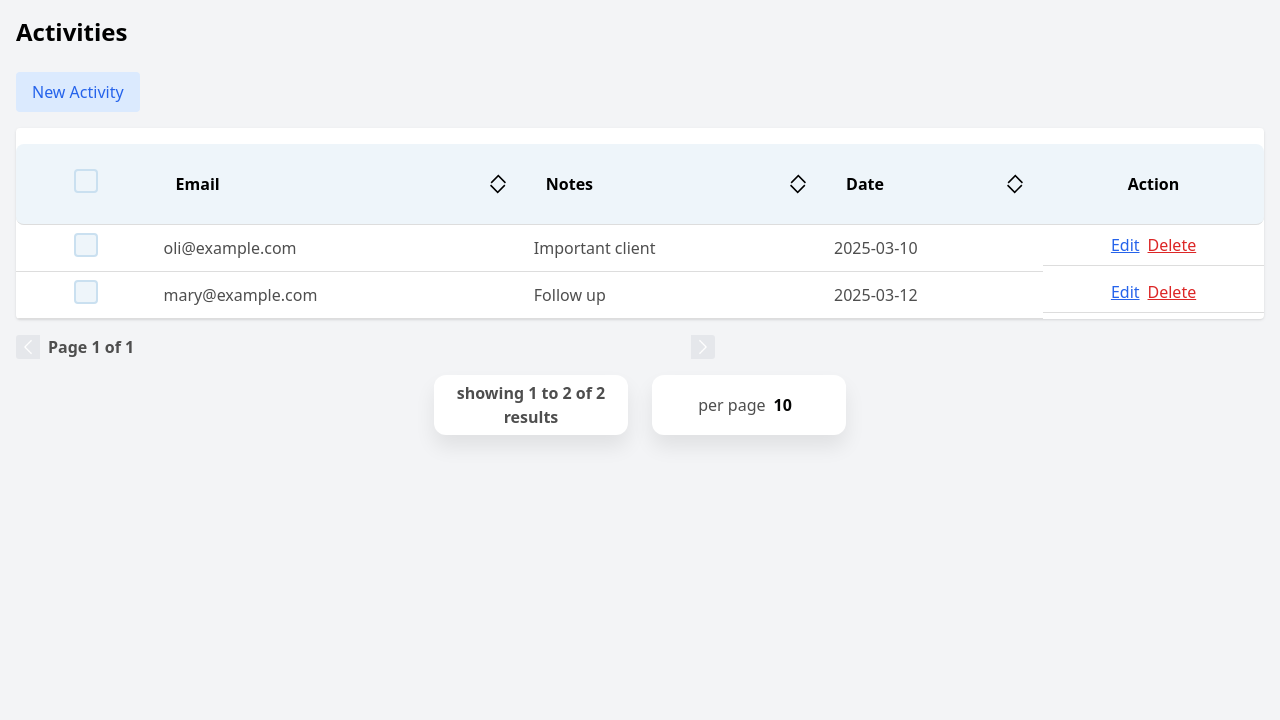
Repository: Abdelrhman-asker-smart/JsdcPIF
Page: tableAcitviy.html
An editor plug-in stored every save of this project. The page is shown before and after the next save, followed by the edit.
The browser window is 1280 px wide. The pictures show the whole page.
Some web libraries are served in a nearby version.

Above is the page before, as saved 2025-03-10 10:55:52.

### tableAcitviy.html
<!DOCTYPE html>
<html lang="en">
<head>
  <meta charset="UTF-8">
  <title>Activities Table (Sort, Paginate, Edit, Delete)</title>
  <script src="https://cdn.tailwindcss.com"></script>
  <style>
    /* TABLE & HEADER STYLES */
    #activity-table {
      border-collapse: separate;
      border-spacing: 0;
    }
    #activity-table thead th {
      padding: 20px;
    }
    thead {
      background-color: #eef5fa;
    }
    table {
      width: 100%;
      margin-top: 1rem;
    }
    th,
    td {
      padding: 8px;
      text-align: left;
      border-bottom: 1px solid #ddd;
    }
    td {
      color: #4e4e4e;
      padding: 20px;
    }
    /* ROUNDED CORNERS FOR FIRST & LAST TH */
    #activity-table thead tr th:first-child {
      border-top-left-radius: 8px;
      border-bottom-left-radius: 8px;
    }
    #activity-table thead tr th:last-child {
      border-top-right-radius: 8px;
      border-bottom-right-radius: 8px;
    }

    /* SORTING ICONS */
    .sortable .arrow-up,
    .sortable .arrow-down {
      display: block;
    }
    .sortable.asc .arrow-down {
      display: none;
    }
    .sortable.desc .arrow-up {
      display: none;
    }
    th.sortable {
      cursor: pointer;
    }

    /* CHECKBOX STYLING */
    .custom-checkbox {
      display: inline-flex;
      align-items: center;
      cursor: pointer;
    }
    .custom-checkbox input {
      display: none; /* Hide the default checkbox */
    }
    .custom-checkbox .checkmark {
      width: 24px;
      height: 24px;
      background-color: #eef5fa;
      border: 2px solid #cae0f0;
      border-radius: 4px;
      position: relative;
      transition: background-color 0.3s ease, border-color 0.3s ease;
    }
    /* Pinkish checked style */
    .custom-checkbox input:checked + .checkmark {
      background-color: #FECACA; /* light pink */
      border-color: #F87171;     /* salmon/pink border */
    }
    .custom-checkbox input:checked + .checkmark::after {
      content: "";
      position: absolute;
      left: 6px;
      top: 2px;
      width: 6px;
      height: 12px;
      border: solid white;
      border-width: 0 2px 2px 0;
      transform: rotate(45deg);
    }

    /* HIDING ELEMENTS */
    .hidden {
      display: none;
    }

    /* DELETE POPUP STYLES */
    #deleteConfirmationOverlay .trash-icon {
      width: 60px;
      height: 60px;
      margin: 0 auto 1rem;
      fill: #FCA5A5;
    }
    #deleteConfirmationOverlay p {
      margin-bottom: 1.5rem;
    }
    #btnCancelDelete {
      background-color: #E0F2FE; /* Light blue */
      color: #0284C7;
    }
    #btnConfirmDelete {
      background-color: #FEE2E2; /* Light pink */
      color: #DC2626;
    }
  </style>
</head>
<body class="bg-gray-100">

  <div class="container mx-auto p-4">
    <h3 class="text-2xl font-semibold text-black mb-6">Activities</h3>
    <!-- Button to open popup for new activity -->
    <button id="btnNewActivity" class="bg-blue-100 text-blue-600 px-4 py-2 rounded mb-4">
      New Activity
    </button>

    <!-- Table -->
    <div class="overflow-x-auto bg-white rounded shadow">
      <table id="activity-table" class="min-w-full">
        <thead>
          <tr>
            <th class="p-2 text-center">
              <label class="custom-checkbox">
                <input type="checkbox" id="activity-select-all">
                <span class="checkmark"></span>
              </label>
            </th>
            <!-- Email header with sort icons -->
            <th class="p-2 text-left cursor-pointer sortable" data-column="email">
              <div class="flex items-center justify-between">
                <span>Email</span>
                <div class="flex flex-col arrows inline-flex h-[40px] justify-center">
                  <svg class="arrow-up" width="16" style="rotate: 180deg" height="10" viewBox="0 0 16 10" fill="none" xmlns="http://www.w3.org/2000/svg">
                    <path d="M0.000149727 1.69234L7.69246 9.38464L15.3848 1.69234L14.2886 0.615413L7.69246 7.21157L1.0963 0.615413L0.000149727 1.69234Z" fill="black" />
                  </svg>
                  <svg class="arrow-down" width="16" height="10" viewBox="0 0 16 10" fill="none" xmlns="http://www.w3.org/2000/svg">
                    <path d="M0.000149727 1.69234L7.69246 9.38464L15.3848 1.69234L14.2886 0.615413L7.69246 7.21157L1.0963 0.615413L0.000149727 1.69234Z" fill="black" />
                  </svg>
                </div>
              </div>
            </th>
            <!-- Notes header with sort icons -->
            <th class="p-2 text-left cursor-pointer sortable" data-column="notes">
              <div class="flex items-center justify-between">
                <span>Notes</span>
                <div class="flex flex-col arrows inline-flex h-[40px] justify-center">
                  <svg class="arrow-up" width="16" style="rotate: 180deg" height="10" viewBox="0 0 16 10" fill="none" xmlns="http://www.w3.org/2000/svg">
                    <path d="M0.000149727 1.69234L7.69246 9.38464L15.3848 1.69234L14.2886 0.615413L7.69246 7.21157L1.0963 0.615413L0.000149727 1.69234Z" fill="black" />
                  </svg>
                  <svg class="arrow-down" width="16" height="10" viewBox="0 0 16 10" fill="none" xmlns="http://www.w3.org/2000/svg">
                    <path d="M0.000149727 1.69234L7.69246 9.38464L15.3848 1.69234L14.2886 0.615413L7.69246 7.21157L1.0963 0.615413L0.000149727 1.69234Z" fill="black" />
                  </svg>
                </div>
              </div>
            </th>
            <!-- Date header with sort icons -->
            <th class="p-2 text-left cursor-pointer sortable" data-column="date">
              <div class="flex items-center justify-between">
                <span>Date</span>
                <div class="flex flex-col arrows inline-flex h-[40px] justify-center">
                  <svg class="arrow-up" width="16" style="rotate: 180deg" height="10" viewBox="0 0 16 10" fill="none" xmlns="http://www.w3.org/2000/svg">
                    <path d="M0.000149727 1.69234L7.69246 9.38464L15.3848 1.69234L14.2886 0.615413L7.69246 7.21157L1.0963 0.615413L0.000149727 1.69234Z" fill="black" />
                  </svg>
                  <svg class="arrow-down" width="16" height="10" viewBox="0 0 16 10" fill="none" xmlns="http://www.w3.org/2000/svg">
                    <path d="M0.000149727 1.69234L7.69246 9.38464L15.3848 1.69234L14.2886 0.615413L7.69246 7.21157L1.0963 0.615413L0.000149727 1.69234Z" fill="black" />
                  </svg>
                </div>
              </div>
            </th>
            <th class="p-2 text-center">Action</th>
          </tr>
        </thead>
        <tbody id="activity-table-body"></tbody>
      </table>
    </div>

    <!-- Pagination Controls (Styled like your snippet) -->
    <div class="flex items-center justify-end mt-4">
      <button id="activity-prevPage"
        class="h-[24px] p-[4px] w-[24px] rounded-[3px_0px_0px_3px] text-gray-400 bg-gray-200 cursor-not-allowed"
        disabled>
        <img src="./assets/images/icons8-arrow-50 (1).png" class="w-full h-full" alt="prev page" />
      </button>
      <span id="activity-pageIndicator" hidden class="mx-2 text-[#4E4E4E] font-bold">Page 1</span>
      <button id="activity-nextPage"
        class="h-[24px] w-[24px] p-[4px] mx-auto inline-block rounded-[0px_3px_3px_0px] text-white bg-[#559BD0]">
        <img src="./assets/images/icons8-arrow-50 (1).png" style="rotate: 180deg;" class="w-full h-full" alt="next page" />
      </button>
    </div>

    <!-- Bottom Navigation -->
    <div class="flex justify-between items-center mb-[50px] mt-4">
      <div class="flex items-center gap-6 justify-center flex-grow flex-wrap">
        <p id="lead-resultsText"
          class="flex-grow max-w-[194px] w-full text-center bg-white text-[#4E4E4E] font-bold rounded-[12px] h-[60px] flex items-center justify-center"
          style="box-shadow: 0px 12px 20px 0px #00000014">
          showing 1 result
        </p>
        <div class="flex-grow max-w-[194px] w-full text-center relative">
          <button id="lead-perPageButton"
            class="bg-white text-[#4E4E4E] rounded-[12px] h-[60px] w-full flex items-center justify-center"
            style="box-shadow: 0px 12px 20px 0px #00000014">
            per page <strong id="lead-perPageValue" class="text-[#050504] mx-2">10</strong>
          </button>
          <div id="lead-perPageDropdown"
            class="hidden absolute mt-3 left-0 top-full w-full bg-white border rounded-[12px] shadow-md z-10">
            <div class="option py-2 cursor-pointer text-black" data-value="10">10</div>
            <div class="option py-2 cursor-pointer text-black" data-value="5">5</div>
            <div class="option py-2 cursor-pointer text-black" data-value="20">20</div>
          </div>
        </div>
      </div>
    </div>
  </div>

  <!-- Popup Overlay for Add/Edit Activity -->
  <div id="popupOverlay" class="fixed inset-0 bg-black bg-opacity-50 flex items-center justify-center hidden">
    <div class="bg-white p-6 rounded max-w-md w-full relative">
      <!-- Close Button -->
      <button id="popupCloseBtn" class="absolute top-2 right-2 text-gray-600 text-2xl">&times;</button>
      <h3 class="text-xl font-bold mb-4">Activity Details</h3>
      <form id="activityForm">
        <div class="mb-4">
          <label for="activityEmail" class="block text-sm font-medium text-gray-700">Email</label>
          <input type="email" id="activityEmail" name="email" required class="mt-1 block w-full border border-gray-300 rounded-md p-2">
        </div>
        <div class="mb-4">
          <label for="activityNotes" class="block text-sm font-medium text-gray-700">Notes</label>
          <textarea id="activityNotes" name="notes" required class="mt-1 block w-full border border-gray-300 rounded-md p-2"></textarea>
        </div>
        <div class="mb-4">
          <label for="activityDate" class="block text-sm font-medium text-gray-700">Date</label>
          <input type="date" id="activityDate" name="date" required class="mt-1 block w-full border border-gray-300 rounded-md p-2">
        </div>
        <p id="errorMsg" class="text-sm text-red-500 mb-2"></p>
        <div class="flex gap-4">
          <button type="submit" id="btnSaveChanges" class="bg-blue-500 text-white px-4 py-2 rounded">
            Save Changes
          </button>
          <button type="button" id="btnCancelPopup" class="bg-gray-300 text-gray-700 px-4 py-2 rounded">
            Cancel
          </button>
        </div>
      </form>
    </div>
  </div>

  <!-- Popup Overlay for Confirm Delete -->
  <div id="deleteConfirmationOverlay" class="fixed inset-0 bg-black bg-opacity-50 flex items-center justify-center hidden">
    <div class="bg-white p-6 rounded max-w-sm w-full relative text-center">
      <button id="deletePopupCloseBtn" class="absolute top-2 right-2 text-gray-600 text-2xl">&times;</button>
      <!-- Trash icon -->
      <svg class="trash-icon" viewBox="0 0 24 24" xmlns="http://www.w3.org/2000/svg">
        <path d="M9 3V4H4V6H5V19C5 20.65 6.35 22 8 22H16C17.65 22 19 20.65 19 19V6H20V4H15V3C15 1.9 14.1 1 13 1H11C9.9 1 9 1.9 9 3ZM11 3H13V4H11V3ZM17 6V19C17 19.55 16.55 20 16 20H8C7.45 20 7 19.55 7 19V6H17Z"/>
      </svg>
      <p class="text-lg mb-6">
        Are you sure you would like to <span class="text-red-500">delete</span> this item?
      </p>
      <div class="flex justify-center gap-4">
        <button id="btnCancelDelete" class="px-4 py-2 rounded">Cancel</button>
        <button id="btnConfirmDelete" class="px-4 py-2 rounded">Yes, Delete</button>
      </div>
    </div>
  </div>

  <script>
    // Sample activities data with "selected" property
    let activities = [
      { id: 1, email: "oli@example.com", notes: "Important client", date: "2025-03-10", selected: false },
      { id: 2, email: "mary@example.com", notes: "Follow up", date: "2025-03-12", selected: false }
    ];

    // Global variables
    let currentEditId = null;
    let currentDeleteId = null;
    let rowsPerPage = 10;
    let currentPage = 0;
    const sortState = { email: 1, notes: 1, date: 1 };

    // Element references
    const btnNewActivity = document.getElementById("btnNewActivity");
    const popupOverlay = document.getElementById("popupOverlay");
    const popupCloseBtn = document.getElementById("popupCloseBtn");
    const btnCancelPopup = document.getElementById("btnCancelPopup");
    const activityForm = document.getElementById("activityForm");
    const errorMsg = document.getElementById("errorMsg");

    const tableBody = document.getElementById("activity-table-body");
    const selectAll = document.getElementById("activity-select-all");
    const prevButton = document.getElementById("activity-prevPage");
    const nextButton = document.getElementById("activity-nextPage");
    const pageIndicator = document.getElementById("activity-pageIndicator");
    const resultsText = document.getElementById("lead-resultsText");
    const perPageButton = document.getElementById("lead-perPageButton");
    const perPageValue = document.getElementById("lead-perPageValue");
    const perPageDropdown = document.getElementById("lead-perPageDropdown");

    // Delete popup references
    const deleteConfirmationOverlay = document.getElementById("deleteConfirmationOverlay");
    const deletePopupCloseBtn = document.getElementById("deletePopupCloseBtn");
    const btnCancelDelete = document.getElementById("btnCancelDelete");
    const btnConfirmDelete = document.getElementById("btnConfirmDelete");

    /* --- Popup for Add/Edit Activity --- */
    btnNewActivity.addEventListener("click", () => {
      currentEditId = null;
      activityForm.reset();
      errorMsg.textContent = "";
      popupOverlay.classList.remove("hidden");
    });
    function closePopup() {
      popupOverlay.classList.add("hidden");
    }
    popupCloseBtn.addEventListener("click", closePopup);
    btnCancelPopup.addEventListener("click", closePopup);

    activityForm.addEventListener("submit", function(e) {
      e.preventDefault();
      const email = document.getElementById("activityEmail").value.trim();
      const notes = document.getElementById("activityNotes").value.trim();
      const date = document.getElementById("activityDate").value;

      if (!email || !notes || !date) {
        errorMsg.textContent = "All fields are required.";
        return;
      }
      const emailRegex = /^[^\s@]+@[^\s@]+\.[^\s@]+$/;
      if (!emailRegex.test(email)) {
        errorMsg.textContent = "Please enter a valid email.";
        return;
      }

      if (currentEditId) {
        const activity = activities.find(act => act.id === currentEditId);
        if (activity) {
          activity.email = email;
          activity.notes = notes;
          activity.date = date;
        }
      } else {
        const newId = activities.length ? Math.max(...activities.map(a => a.id)) + 1 : 1;
        activities.push({ id: newId, email, notes, date, selected: false });
      }
      closePopup();
      renderTable();
    });

    /* --- Delete Confirmation Popup --- */
    function openDeletePopup(activityId) {
      currentDeleteId = activityId;
      deleteConfirmationOverlay.classList.remove("hidden");
    }
    function closeDeletePopup() {
      deleteConfirmationOverlay.classList.add("hidden");
      currentDeleteId = null;
    }
    deletePopupCloseBtn.addEventListener("click", closeDeletePopup);
    btnCancelDelete.addEventListener("click", closeDeletePopup);
    btnConfirmDelete.addEventListener("click", () => {
      if (currentDeleteId) {
        activities = activities.filter(act => act.id !== currentDeleteId);
        currentDeleteId = null;
        closeDeletePopup();
        renderTable();
      }
    });

    /* --- Update "Select All" Checkbox State for Current Page --- */
    function updateSelectAllCheckbox() {
      const startIndex = currentPage * rowsPerPage;
      const endIndex = startIndex + rowsPerPage;
      const pageData = activities.slice(startIndex, endIndex);
      const allSelected = pageData.length > 0 && pageData.every(item => item.selected);
      selectAll.checked = allSelected;
    }

    /* --- Table Rendering & Pagination --- */
    function renderTable() {
      tableBody.innerHTML = "";
      const startIndex = currentPage * rowsPerPage;
      const pageData = activities.slice(startIndex, startIndex + rowsPerPage);

      pageData.forEach(activity => {
        const row = document.createElement("tr");
        row.className = "border-b hover:bg-gray-50";

        // Checkbox cell
        const checkboxCell = document.createElement("td");
        checkboxCell.className = "p-2 text-center";
        const checkboxLabel = document.createElement("label");
        checkboxLabel.className = "custom-checkbox";
        const checkbox = document.createElement("input");
        checkbox.type = "checkbox";
        checkbox.checked = activity.selected;
        // Update activity.selected and the "Select All" state when changed
        checkbox.addEventListener("change", function() {
          activity.selected = this.checked;
          updateSelectAllCheckbox();
        });
        const checkmark = document.createElement("span");
        checkmark.className = "checkmark";
        checkboxLabel.appendChild(checkbox);
        checkboxLabel.appendChild(checkmark);
        checkboxCell.appendChild(checkboxLabel);
        row.appendChild(checkboxCell);

        // Email cell
        const emailCell = document.createElement("td");
        emailCell.className = "p-2";
        emailCell.textContent = activity.email;
        row.appendChild(emailCell);

        // Notes cell
        const notesCell = document.createElement("td");
        notesCell.className = "p-2";
        notesCell.textContent = activity.notes;
        row.appendChild(notesCell);

        // Date cell
        const dateCell = document.createElement("td");
        dateCell.className = "p-2";
        dateCell.textContent = activity.date;
        row.appendChild(dateCell);

        // Action cell with Edit and Delete buttons
        const actionCell = document.createElement("td");
        actionCell.className = "p-2 text-center flex gap-2 items-center justify-center";

        const editBtn = document.createElement("button");
        editBtn.textContent = "Edit";
        editBtn.className = "text-blue-600 underline";
        editBtn.addEventListener("click", () => openPopupForEdit(activity));
        actionCell.appendChild(editBtn);

        const deleteBtn = document.createElement("button");
        deleteBtn.textContent = "Delete";
        deleteBtn.className = "text-red-600 underline";
        deleteBtn.addEventListener("click", () => openDeletePopup(activity.id));
        actionCell.appendChild(deleteBtn);

        row.appendChild(actionCell);
        tableBody.appendChild(row);
      });
      updateSelectAllCheckbox();
      updatePagination();
    }

    function updatePagination() {
      const totalPages = Math.ceil(activities.length / rowsPerPage);
      pageIndicator.hidden = false;
      pageIndicator.textContent = `Page ${currentPage + 1} of ${totalPages}`;

      if (currentPage === 0) {
        prevButton.disabled = true;
        prevButton.className =
          "h-[24px] p-[4px] w-[24px] rounded-[3px_0px_0px_3px] text-gray-400 bg-gray-200 cursor-not-allowed";
      } else {
        prevButton.disabled = false;
        prevButton.className =
          "h-[24px] p-[4px] w-[24px] rounded-[3px_0px_0px_3px] text-white bg-[#559BD0] cursor-pointer";
      }

      if (currentPage >= totalPages - 1) {
        nextButton.disabled = true;
        nextButton.className =
          "h-[24px] w-[24px] p-[4px] mx-auto inline-block rounded-[0px_3px_3px_0px] text-gray-400 bg-gray-200 cursor-not-allowed";
      } else {
        nextButton.disabled = false;
        nextButton.className =
          "h-[24px] w-[24px] p-[4px] mx-auto inline-block rounded-[0px_3px_3px_0px] text-white bg-[#559BD0] cursor-pointer";
      }
      updateResultsText();
    }

    function updateResultsText() {
      const totalResults = activities.length;
      const start = currentPage * rowsPerPage + 1;
      const end = Math.min((currentPage + 1) * rowsPerPage, totalResults);
      resultsText.textContent = `showing ${start} to ${end} of ${totalResults} result${totalResults > 1 ? "s" : ""}`;
    }

    prevButton.addEventListener("click", () => {
      if (currentPage > 0) {
        currentPage--;
        renderTable();
      }
    });
    nextButton.addEventListener("click", () => {
      if ((currentPage + 1) * rowsPerPage < activities.length) {
        currentPage++;
        renderTable();
      }
    });

    /* --- Sorting --- */
    document.querySelectorAll("th.sortable").forEach(th => {
      th.addEventListener("click", function() {
        const column = this.getAttribute("data-column");
        sortState[column] = -sortState[column];
        activities.sort((a, b) => {
          if (a[column] < b[column]) return -1 * sortState[column];
          if (a[column] > b[column]) return 1 * sortState[column];
          return 0;
        });
        document.querySelectorAll("th.sortable").forEach(header => header.classList.remove("asc", "desc"));
        this.classList.add(sortState[column] === 1 ? "asc" : "desc");
        renderTable();
      });
    });

    /* --- "Select All" Checkbox --- */
    selectAll.addEventListener("change", function() {
      const startIndex = currentPage * rowsPerPage;
      const endIndex = startIndex + rowsPerPage;
      const pageData = activities.slice(startIndex, endIndex);
      pageData.forEach(item => {
        item.selected = selectAll.checked;
      });
      renderTable();
    });

    /* --- Edit Popup (Populate Form) --- */
    function openPopupForEdit(activity) {
      currentEditId = activity.id;
      document.getElementById("activityEmail").value = activity.email;
      document.getElementById("activityNotes").value = activity.notes;
      document.getElementById("activityDate").value = activity.date;
      errorMsg.textContent = "";
      popupOverlay.classList.remove("hidden");
    }

    /* --- Per Page Dropdown --- */
    perPageButton.addEventListener("click", () => {
      perPageDropdown.classList.toggle("hidden");
    });
    perPageDropdown.querySelectorAll(".option").forEach(option => {
      option.addEventListener("click", function() {
        rowsPerPage = parseInt(this.getAttribute("data-value"));
        perPageValue.textContent = rowsPerPage;
        currentPage = 0;
        renderTable();
        perPageDropdown.classList.add("hidden");
      });
    });

    // Initial table render
    renderTable();
  </script>
</body>
</html>

After the next save:
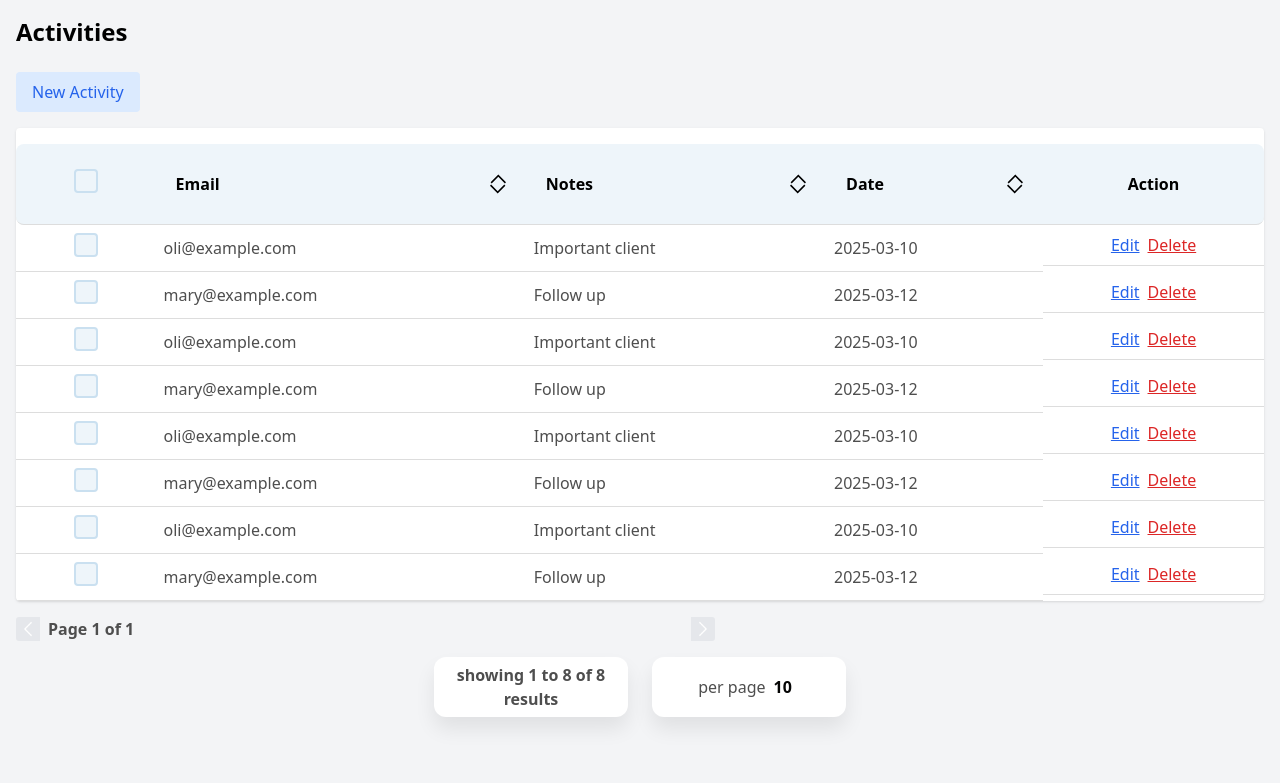
Saved 5 min 6 s later.
--- a/tableAcitviy.html
+++ b/tableAcitviy.html
@@ -277,6 +277,10 @@
     // Sample activities data with "selected" property
     let activities = [
       { id: 1, email: "oli@example.com", notes: "Important client", date: "2025-03-10", selected: false },
+      { id: 2, email: "mary@example.com", notes: "Follow up", date: "2025-03-12", selected: false },
+      { id: 1, email: "oli@example.com", notes: "Important client", date: "2025-03-10", selected: false },
+      { id: 2, email: "mary@example.com", notes: "Follow up", date: "2025-03-12", selected: false },{ id: 1, email: "oli@example.com", notes: "Important client", date: "2025-03-10", selected: false },
+      { id: 2, email: "mary@example.com", notes: "Follow up", date: "2025-03-12", selected: false },{ id: 1, email: "oli@example.com", notes: "Important client", date: "2025-03-10", selected: false },
       { id: 2, email: "mary@example.com", notes: "Follow up", date: "2025-03-12", selected: false }
     ];
 
